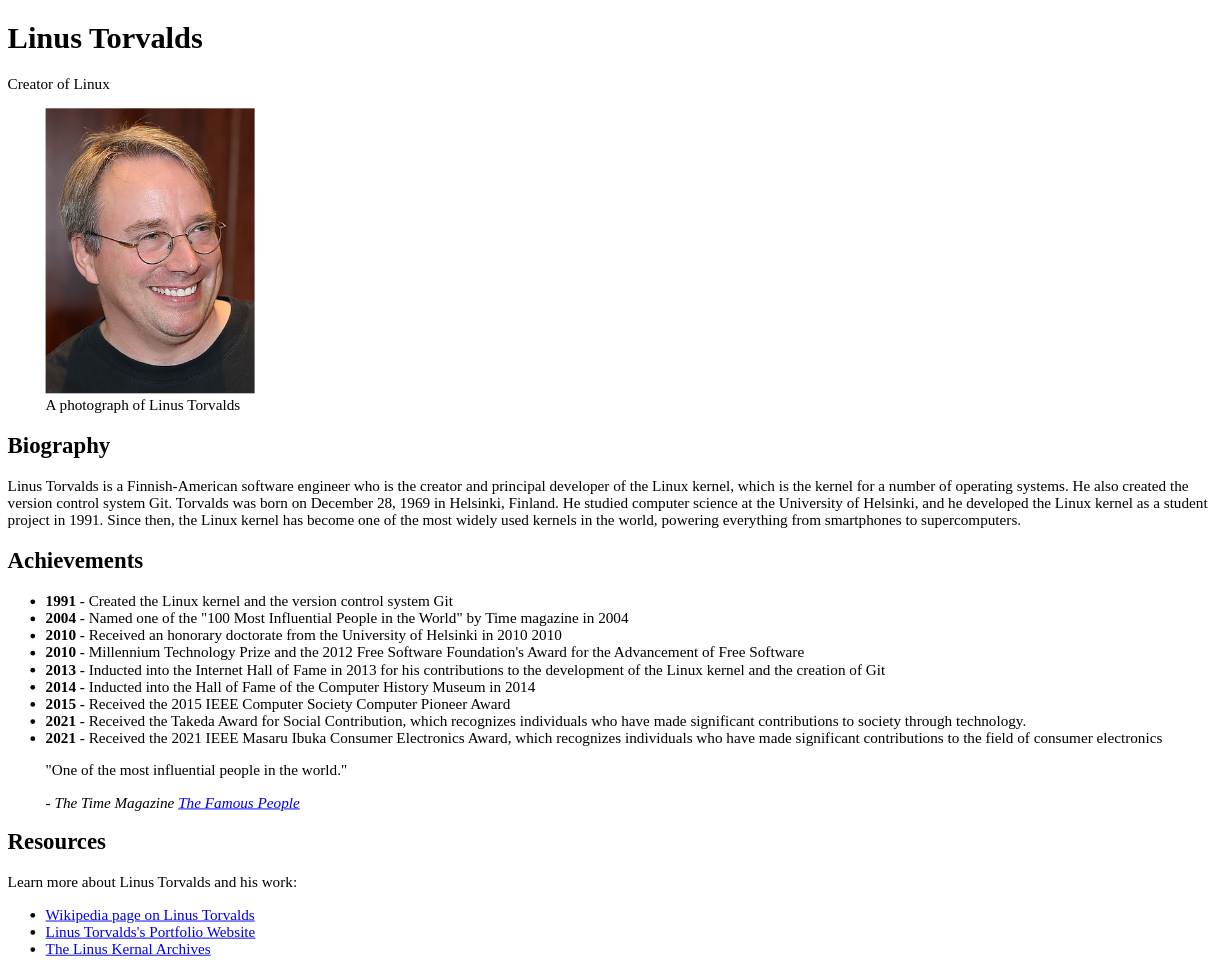
Repository: shoaib-1729/Web-Dev-Course_Dot-Batch_Love-Babbar
Page: 02_HTML Session Basics-to-Pro Level/03_HTML-Basics-Session-III/03_Code-Practice-Session-3/portfolio.html
These files come from the project's save history. The page is drawn as it stood at one moment and after the next save; the edit follows.
The browser window is 1280 px wide. The pictures show the whole page, at 95% of full size.

Above is the page before, as saved 2023-07-29 16:06:46.

After the next save:
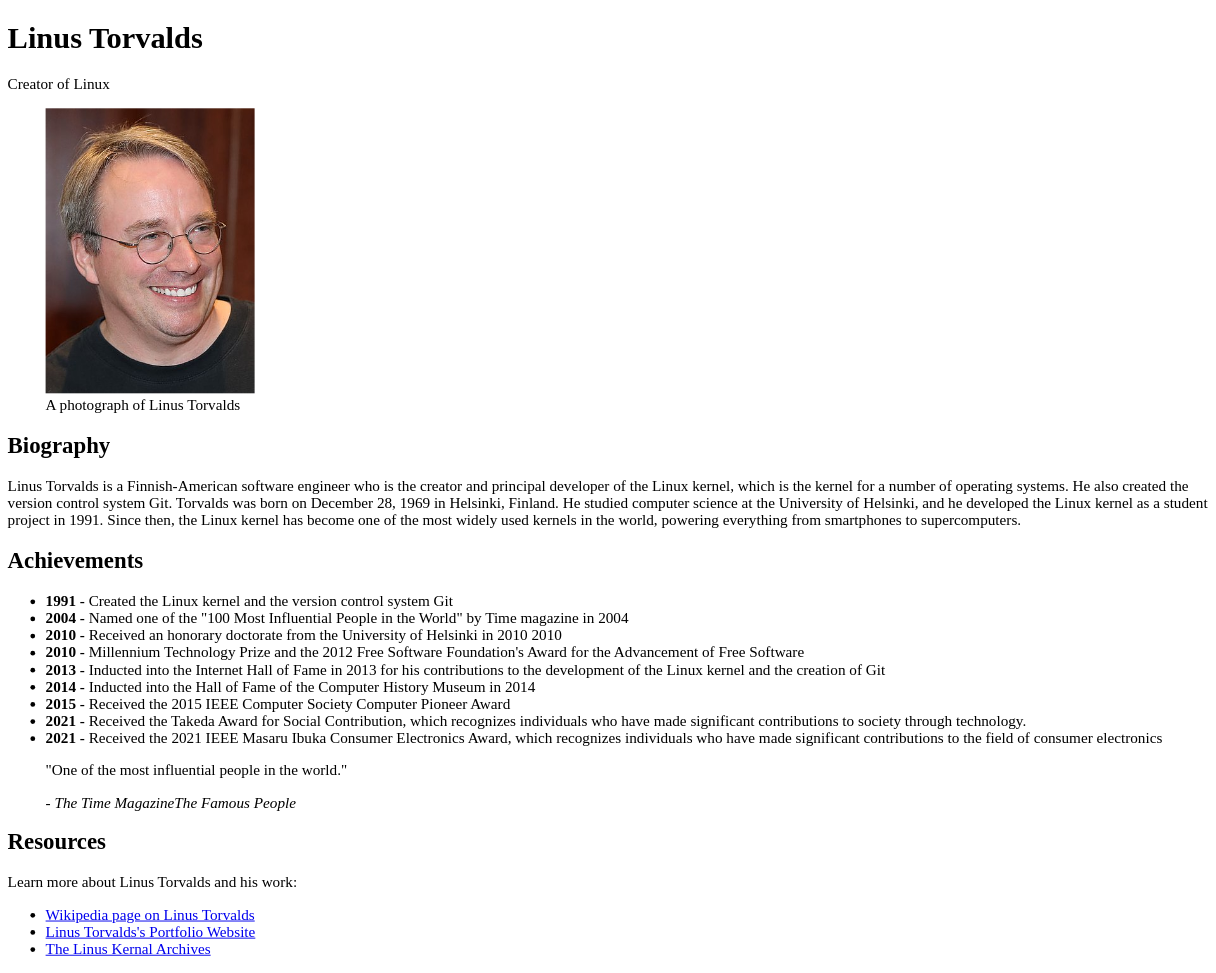
Saved 107 s later.
--- a/02_HTML Session Basics-to-Pro Level/03_HTML-Basics-Session-III/03_Code-Practice-Session-3/portfolio.html
+++ b/02_HTML Session Basics-to-Pro Level/03_HTML-Basics-Session-III/03_Code-Practice-Session-3/portfolio.html
@@ -69,12 +69,12 @@
     </ul>
 
     <!-- blockquote & cite tags are used for quoting quotations said by individuals (refer MDN) -->
-    <blockquote cite="https://www.thecodehelp.in">
+    <blockquote cite="https://content.time.com/time/specials/packages/article/0,28804,1970858_1970909_1971691,00.html">
 
         <p>"One of the most influential people in the world."</p>
         <cite>
-            - The Time Magazine <a href="https://content.time.com/time/specials/packages/article/0,28804,1970858_1970909_1971691,00.html">The Famous People</a>
-       </cite>
+            - The Time Magazine<cite>The Famous People</cite>
+        </cite>
 
     </blockquote>
 
